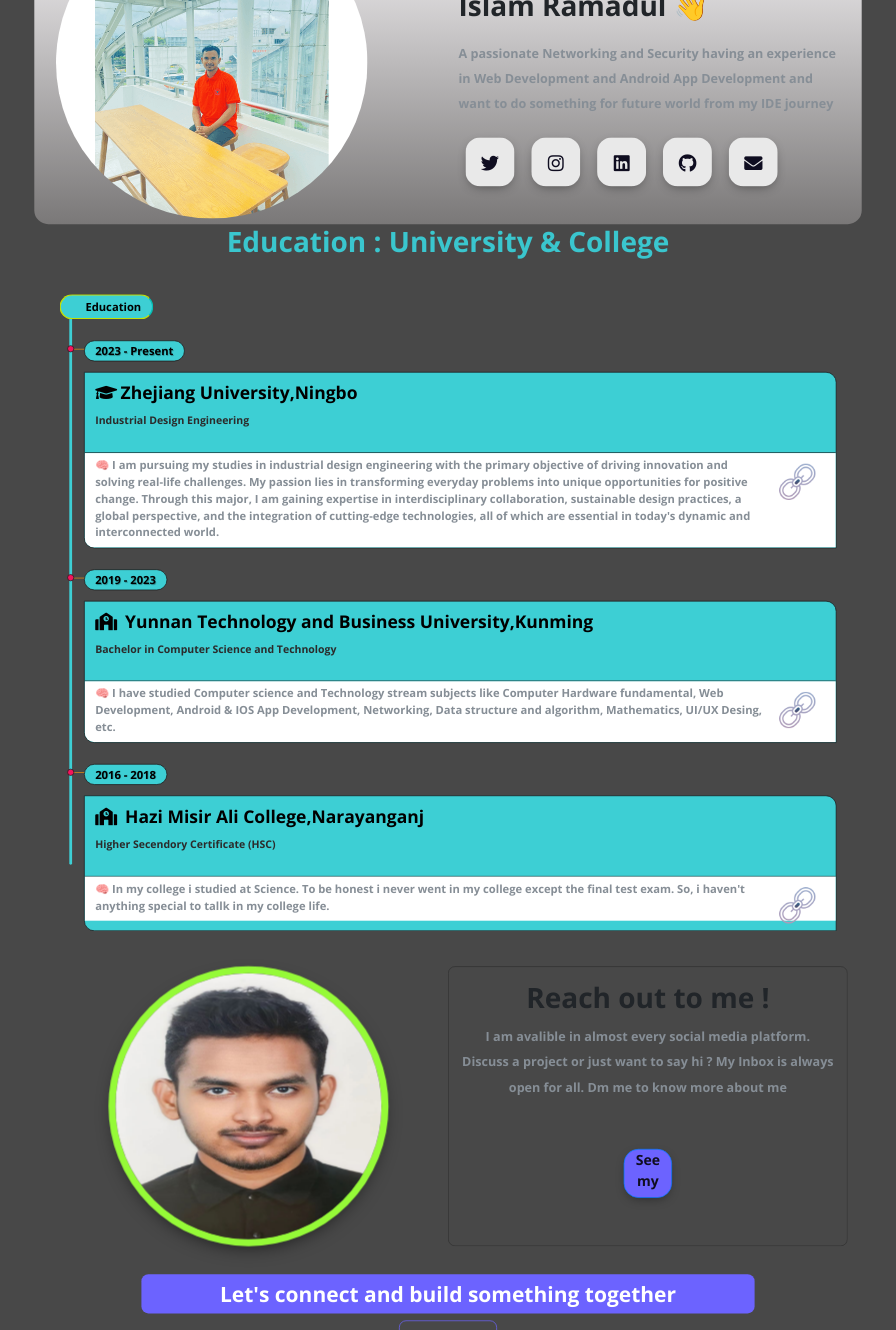
Repository: ramizraaz/ZjuProtfolio
Page: index.html
An editor plug-in stored every save of this project. The page is shown before and after the next save, followed by the edit.
The browser window is 1280 px wide. The pictures show the part of the page from y = 286 to 2186 px (the page is 2715 px tall), at 70% of full size.
Some icons come from a web library that is not loaded, so they are not drawn. A picture or video elsewhere on the page could not be fetched, so the positions and the page height are approximate. Some web fonts or font styles are not loaded; a fallback is used. Some web libraries are served in a nearby version.

Above is the page before, as saved 2023-10-08 19:41:15.

After the next save:
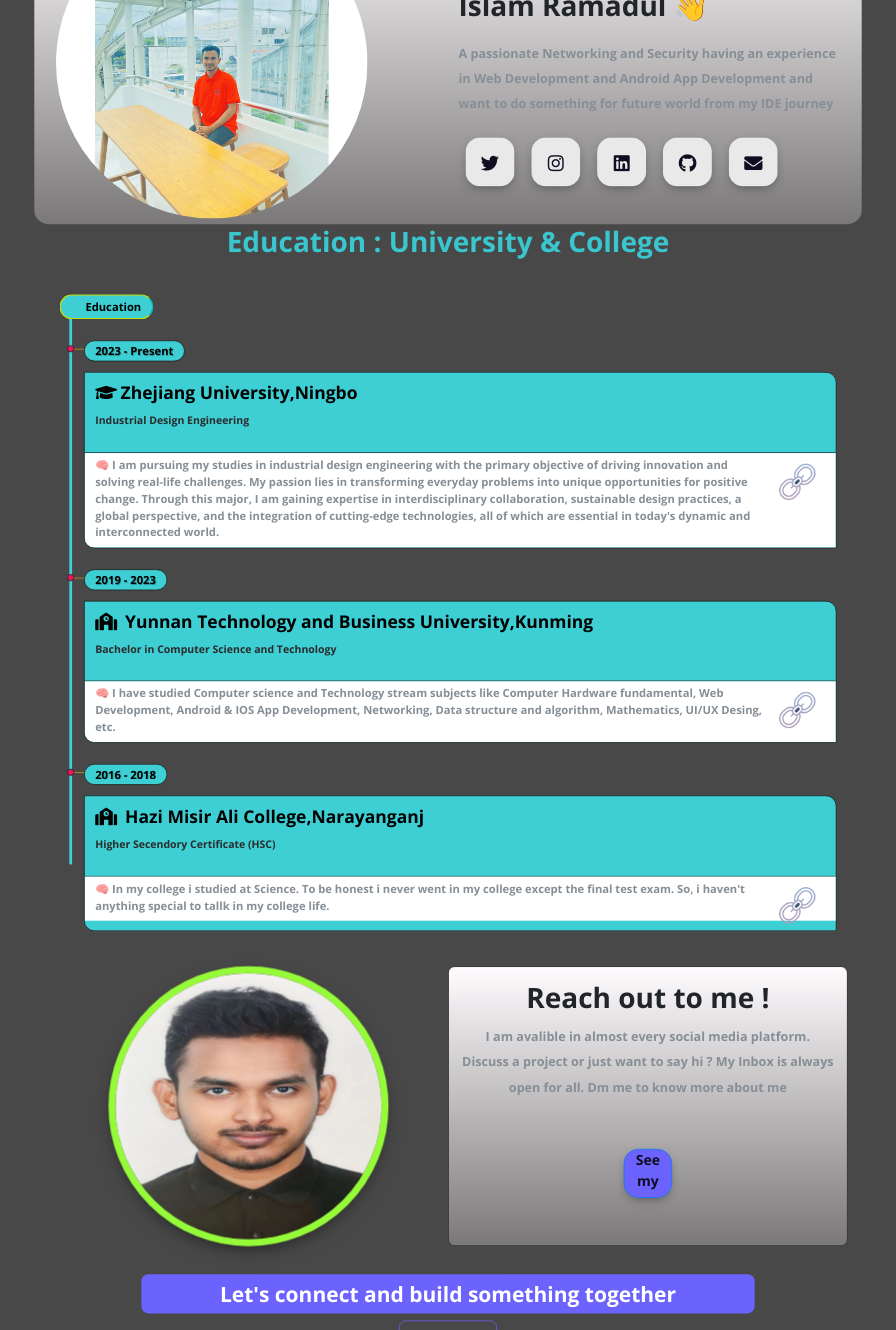
Saved 70 s later.
--- a/style.css
+++ b/style.css
@@ -368,6 +368,7 @@ p {
 .context {
     border: 1px solid rgb(50, 50, 50);
     border-radius: 10px;
+    background-image: linear-gradient(#fefcfe, #7a7878);
     text-align: center;
     padding-top: 20px;
 }
